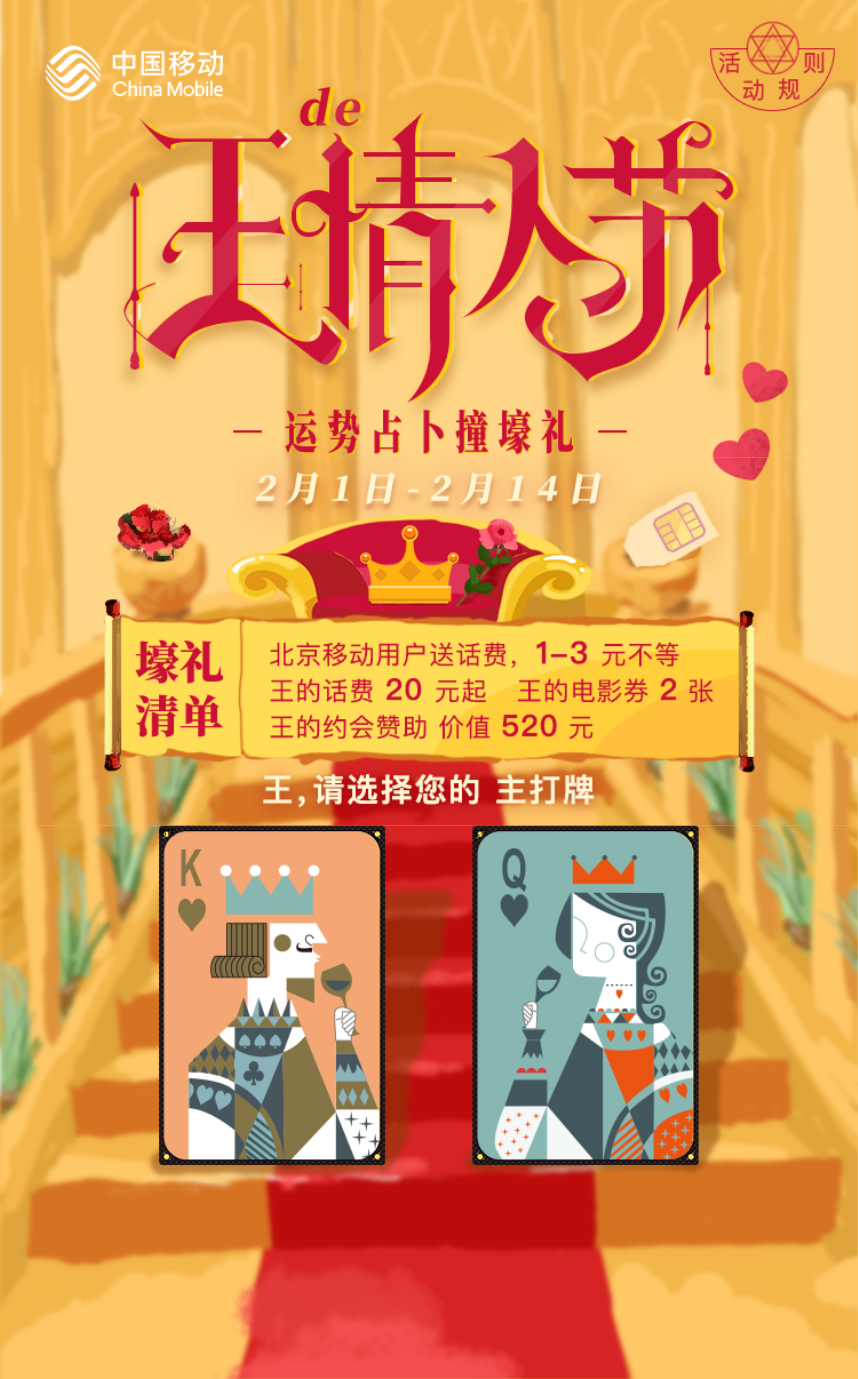
Repository: wangbiaozy/12.19
Page: index.html
The author's editor kept a copy of each file at every save. The page is drawn from the files as they stood at one save, then again after the next save.
The browser window is 1280 px wide. The pictures show the whole page, at 67% of full size.

Above is the page before, as saved 2018-12-18 16:29:39.

### index.html
<!DOCTYPE html>
<html lang="en">

<head>
    <meta charset="UTF-8">
    <meta name="viewport" content="width=device-width, initial-scale=1.0, maximum-scale=1.0, minimum-scale=1.0, user-scalable=no, viewport-fit=cover">
    <meta http-equiv="X-UA-Compatible" content="ie=edge">
    <title>Document</title>
    <link rel="stylesheet" href="css/reset.min.css">
    <link rel="stylesheet/less" href="css/styles.less">
    <script src="js/less-1.7.0.min.js"></script>
</head>
<body>
    <section class="wrap">
        <header>
            <div class="rule-btn">
                <span></span>
            </div>
        </header>
        <section></section>
        <main>
            <div class="card-box">
                <div class="card-1">
                    <span></span>
                    <p>男性<i></i></p>
                </div>
                <div class="card-2">
                    <span></span>
                    <p>女性<i></i></p>
                </div>
            </div>
        </main>
    </section>
</body>
</html>
<script src="js/jquery-1.10.1.min.js"></script>
<script src="js/index.js"></script>

### css/reset.min.css
@charset "utf-8";
/*默认样式清除和初始化*/
body,h1,h2,h3,h4,h5,h6,hr,p,blockquote,dl,dt,dd,ul,ol,li,button,input,textarea,th,td{margin:0;padding:0}body{font-size:12px;font-style:normal;font-family:"\5FAE\8F6F\96C5\9ED1",Helvetica,sans-serif}small{font-size:12px}h1{font-size:18px}h2{font-size:16px}h3{font-size:14px}h4,h5,h6{font-size:100%}ul,ol{list-style:none}a{text-decoration:none;background-color:transparent}a:hover,a:active{outline-width:0;text-decoration:none}table{border-collapse:collapse;border-spacing:0}hr{border:0;height:1px}img{border-style:none}img:not([src]){display:none}svg:not(:root){overflow:hidden}html{-webkit-touch-callout:none;-webkit-text-size-adjust:100%}input,textarea,button,a{-webkit-tap-highlight-color:rgba(0,0,0,0)}article,aside,details,figcaption,figure,footer,header,main,menu,nav,section,summary{display:block}audio,canvas,progress,video{display:inline-block}audio:not([controls]),video:not([controls]){display:none;height:0}progress{vertical-align:baseline}mark{background-color:#ff0;color:#000}sub,sup{position:relative;font-size:75%;line-height:0;vertical-align:baseline}sub{bottom:-0.25em}sup{top:-0.5em}button,input,select,textarea{font-size:100%;outline:0}button,input{overflow:visible}button,select{text-transform:none}textarea{overflow:auto}button,html [type="button"],[type="reset"],[type="submit"]{-webkit-appearance:button}button::-moz-focus-inner,[type="button"]::-moz-focus-inner,[type="reset"]::-moz-focus-inner,[type="submit"]::-moz-focus-inner{border-style:none;padding:0}button:-moz-focusring,[type="button"]:-moz-focusring,[type="reset"]:-moz-focusring,[type="submit"]:-moz-focusring{outline:1px dotted ButtonText}[type="checkbox"],[type="radio"]{box-sizing:border-box;padding:0}[type="number"]::-webkit-inner-spin-button,[type="number"]::-webkit-outer-spin-button{height:auto}[type="search"]{-webkit-appearance:textfield;outline-offset:-2px}[type="search"]::-webkit-search-cancel-button,[type="search"]::-webkit-search-decoration{-webkit-appearance:none}::-webkit-input-placeholder{color:inherit;opacity:.54}::-webkit-file-upload-button{-webkit-appearance:button;font:inherit}.clear:after{display:block;height:0;content:"";clear:both}
*{ -webkit-tap-highlight-color: rgba(0,0,0,0);-webkit-tap-highlight-color: transparent; /* For some Androids */ }

### js/index.js
(function (doc, win) {
    var docEl = doc.documentElement,
        resizeEvt = 'orientationchange' in window ? 'orientationchange' : 'resize',
        recalc = function () {
            var clientWidth = docEl.clientWidth;
            if (!clientWidth) return;
            docEl.style.fontSize = 100 * (clientWidth / 750) + 'px';
        };
    if (!doc.addEventListener) return;
    win.addEventListener(resizeEvt, recalc, false);
    doc.addEventListener('DOMContentLoaded', recalc, false);
})(document, window);
$(function () {


    //显示遮罩层
    function showMask(){
        $("#mask").css("height",$(document).height());
        $("#mask").css("width",$(document).width());
        $("#mask").show();
    }
    //隐藏遮罩层
    function hideMask(){
        $("#mask").hide();
    }
});

Loaded but not shown: js/less-1.7.0.min.js (library); js/jquery-1.10.1.min.js (library)

After the next save:
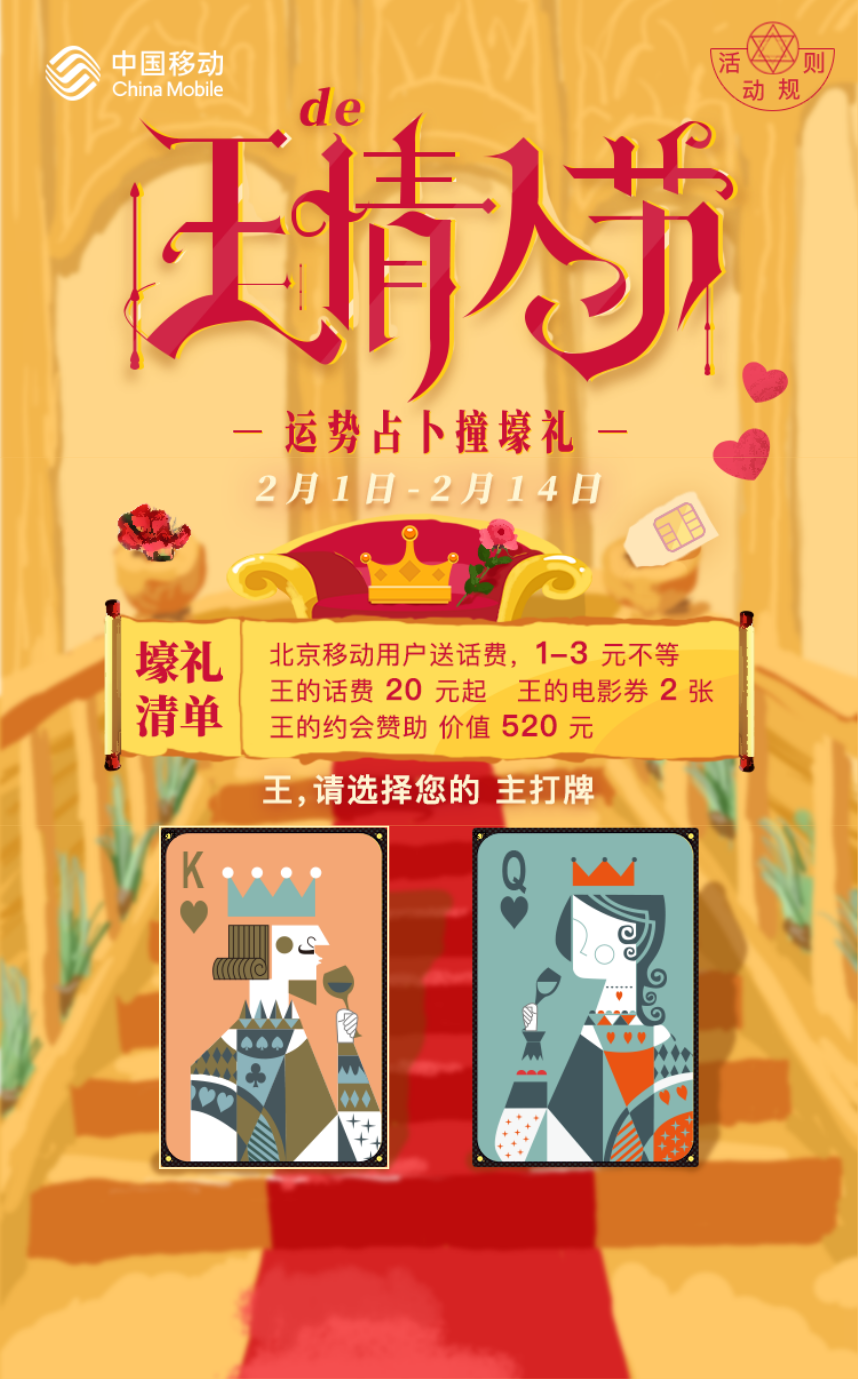
Saved 9 s later.
--- a/index.html
+++ b/index.html
@@ -20,7 +20,7 @@
         <section></section>
         <main>
             <div class="card-box">
-                <div class="card-1">
+                <div class="card-1 act">
                     <span></span>
                     <p>男性<i></i></p>
                 </div>

After the save that followed:
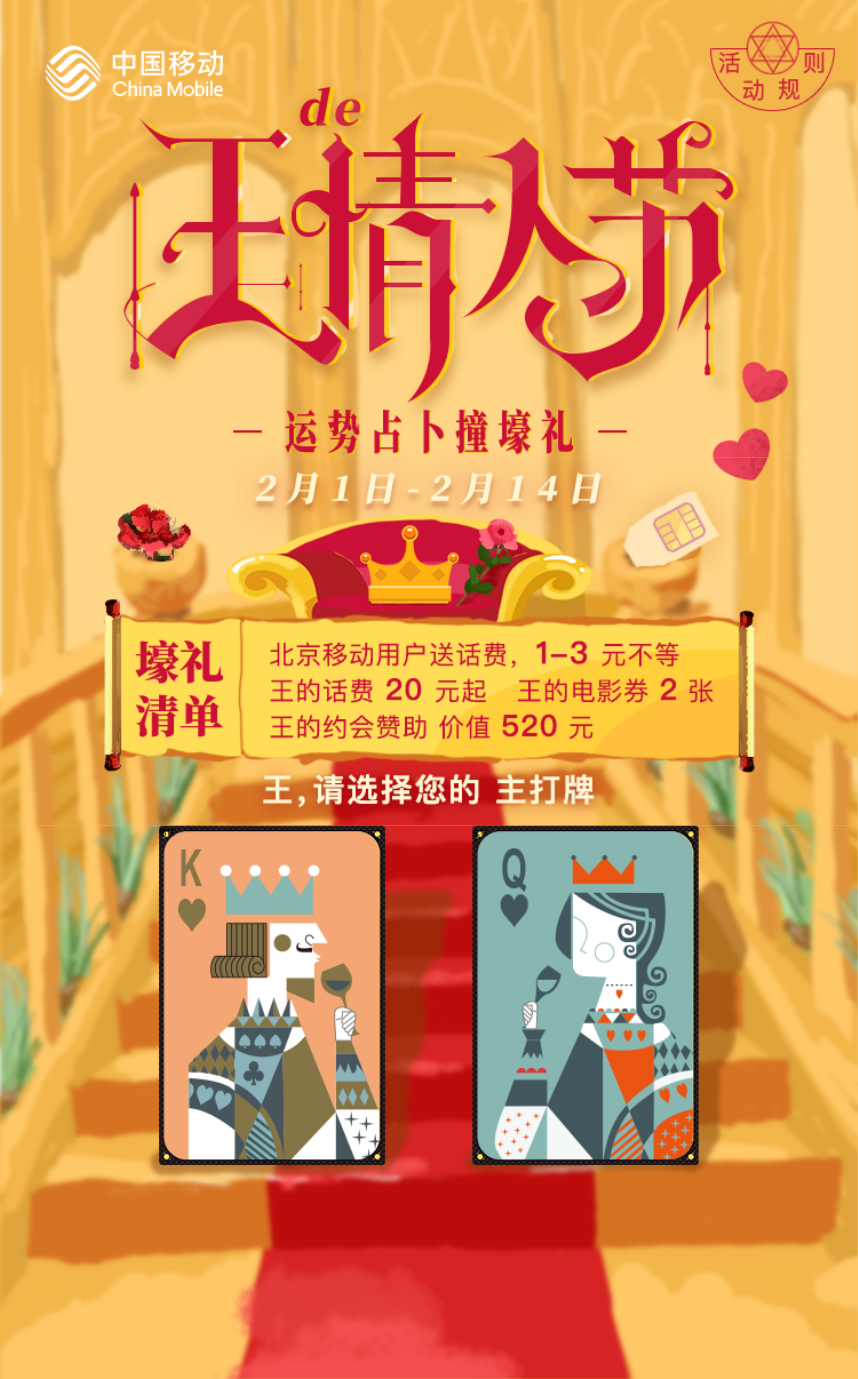
Saved 18 s later.
--- a/index.html
+++ b/index.html
@@ -20,7 +20,7 @@
         <section></section>
         <main>
             <div class="card-box">
-                <div class="card-1 act">
+                <div class="card-1 ">
                     <span></span>
                     <p>男性<i></i></p>
                 </div>
